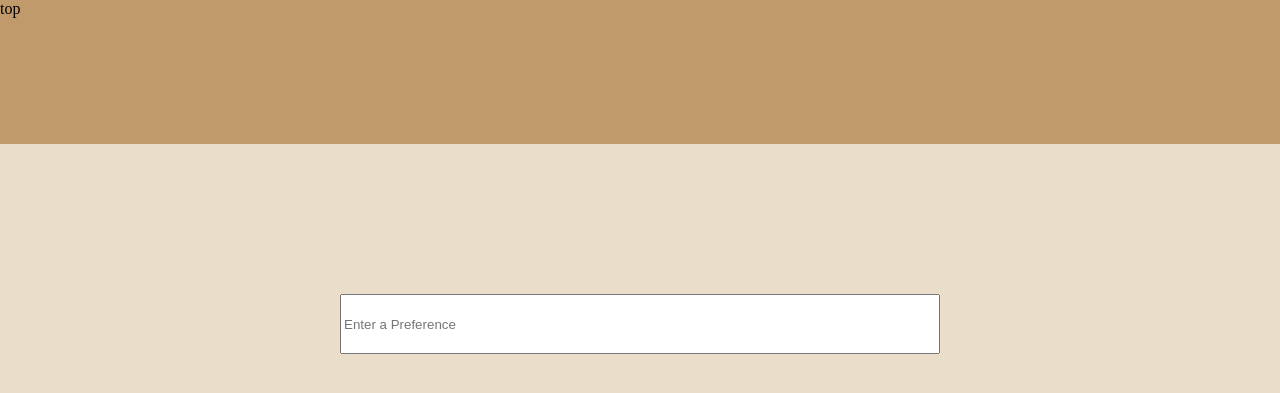
Repository: joshliu14/Travel-Mug
Page: /search
An editor plug-in stored every save of this project. The page is shown before and after the next save, followed by the edit.
The browser window is 1280 px wide. The pictures show the whole page.
The project was rebuilt for these pictures with package versions that can differ from the ones it lists, and the page was loaded fresh each time.

Above is the page before, as saved 2024-01-02 12:41:01.

After the next save:
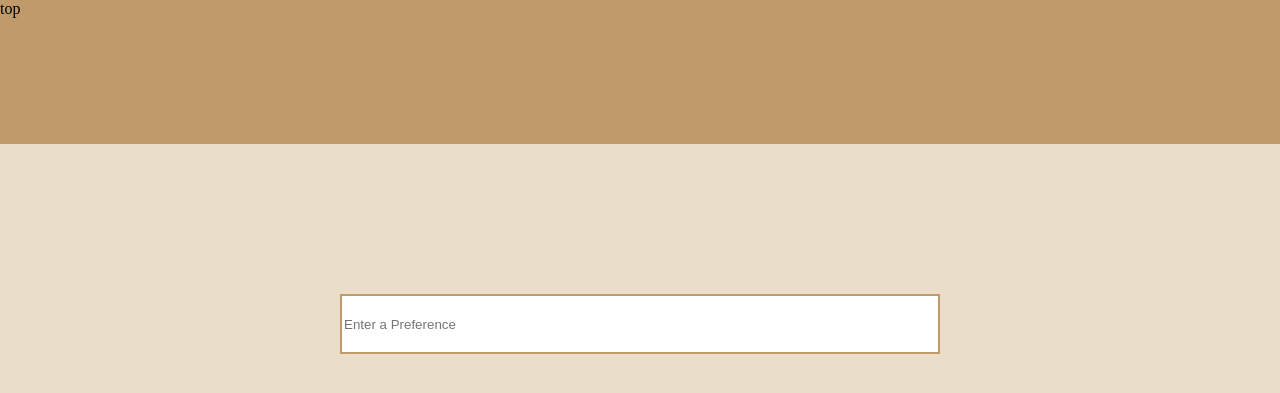
Saved 47 s later.
--- a/src/Home.css
+++ b/src/Home.css
@@ -22,4 +22,7 @@
   width: 600px;
   height: 60px;
   box-sizing: border-box;
+  border-width: 2px;
+  border-color: #c19a6b;
+  border-style: solid;
 }
